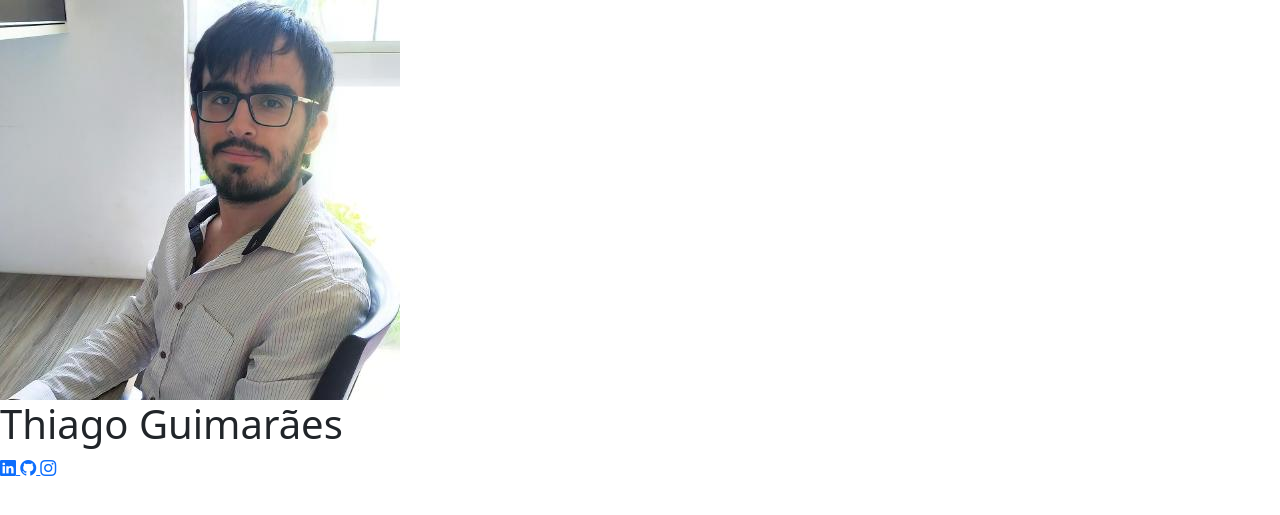
Repository: Rayago/projeto-portfolio
Page: http://localhost/
These files come from the project's save history. The page is drawn as it stood at one moment and after the next save; the edit follows.
The browser window is 1280 px wide. The pictures show the whole page.
Some web fonts or font styles are not loaded; a fallback is used. The page is served by the project's application, run on Flask 3 (app.py).

Above is the page before, as saved 2022-07-11 23:00:36.

### templates/index.html
<!DOCTYPE html>
<html lang="pt-br">
<head>
    <meta charset="UTF-8">
    <meta http-equiv="X-UA-Compatible" content="IE=edge">
    <meta name="viewport" content="width=device-width, initial-scale=1.0">
    <link rel="stylesheet" href="../static/bootstrap/css/bootstrap.css">
    <link rel="stylesheet" href="../static/style.css">
    <link rel="icon" type="image/png" href="../static/img">
    <link rel="stylesheet" href="https://cdn.jsdelivr.net/npm/bootstrap-icons@1.8.3/font/bootstrap-icons.css">
    <title>Thiago Guimarães</title>
</head>
<body>

    <aside id="header">
        <section class="profile">
            <img src="../static/img/meu_perfil.jpg" alt="Foto Perfil"/>
            <h1>Thiago Guimarães</h1>
            <div>
                <a href="https://www.linkedin.com/in/raymundo-thiago">
                    <i class="bi bi-linkedin"></i>
                </a>
                <a href="https://www.github.com/Rayago">
                    <i class="bi bi-github"></i>
                </a>
                <a href="https://www.instagram.com/estudatech">
                    <i class="bi bi-instagram"></i>
                </a>
            </div>
        </section>
    </aside>


    <script src="../static/bootstrap/js/bootstrap.bundle.min.js"></script>
    <script src="../static/script.js"></script>
</body>
</html>

### app.py
from flask import Flask, render_template, redirect

app = Flask(__name__)

@app.route('/')
def index():
    return render_template('index.html')

if __name__ == '__main__':
    app.run(debug=True)

### static/style.css
@import url('https://fonts.googleapis.com/css2?family=Ubuntu:ital,wght@0,300;0,400;0,500;0,700;1,300;1,400;1,500;1,700&display=swap');

html, body {

}

Loaded but not shown: static/bootstrap/css/bootstrap.css (library); static/bootstrap/js/bootstrap.bundle.min.js (library); static/script.js (no stored copy; drawn as an empty file)

After the next save:
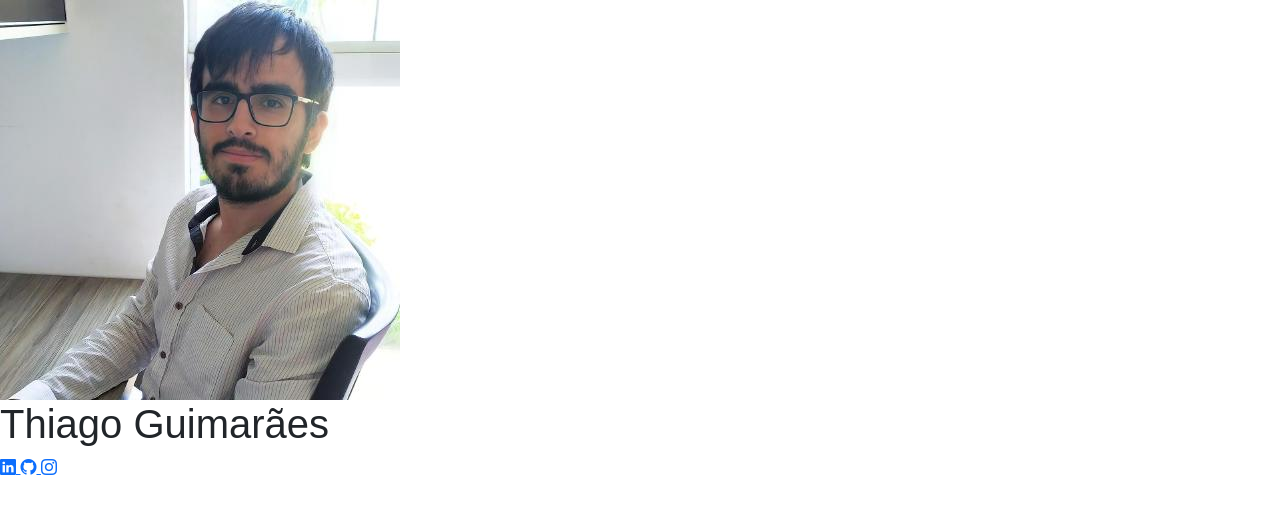
Saved 82 s later.
--- a/static/style.css
+++ b/static/style.css
@@ -1,5 +1,9 @@
 @import url('https://fonts.googleapis.com/css2?family=Ubuntu:ital,wght@0,300;0,400;0,500;0,700;1,300;1,400;1,500;1,700&display=swap');
 
 html, body {
+    font-family: Ubuntu, Arial;
+    width: 100%;
+    height: 100%;
+
 
 }
